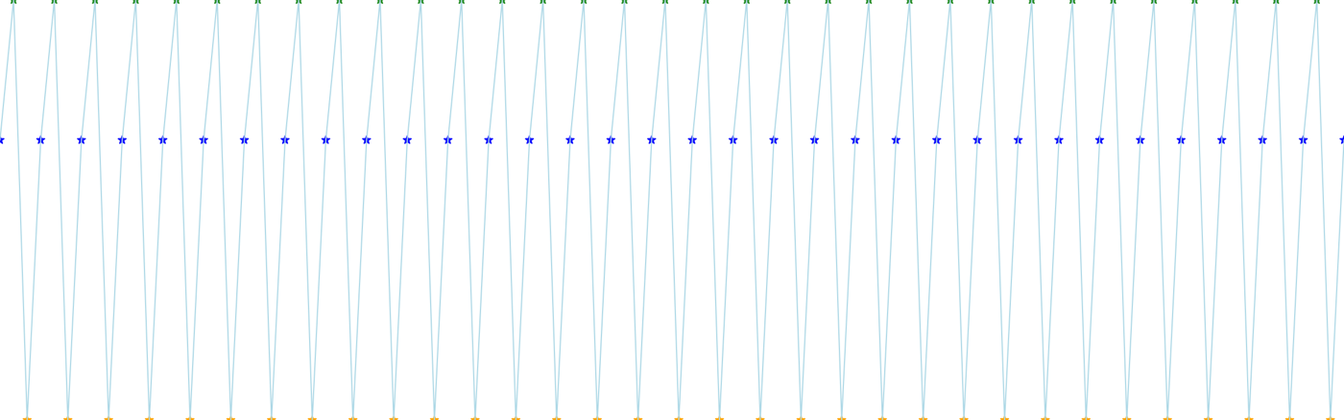
Repository: Carty-Bao/BNPHMM
Script's output: python code/synth.py
The author's editor kept a copy of each file at every save. The script's output is drawn from the files as they stood at one save, then again after the next save.
The pictures are shown at 96% of full size.
Each picture stacks the figures in order, with grey between them; figures that are only written to a file come last. Figures wider than 1,400 px are first shrunk to that width. Random numbers start from a fixed seed.

Above is the script's output before, as saved 2022-08-18 11:09:53.

After the next save:
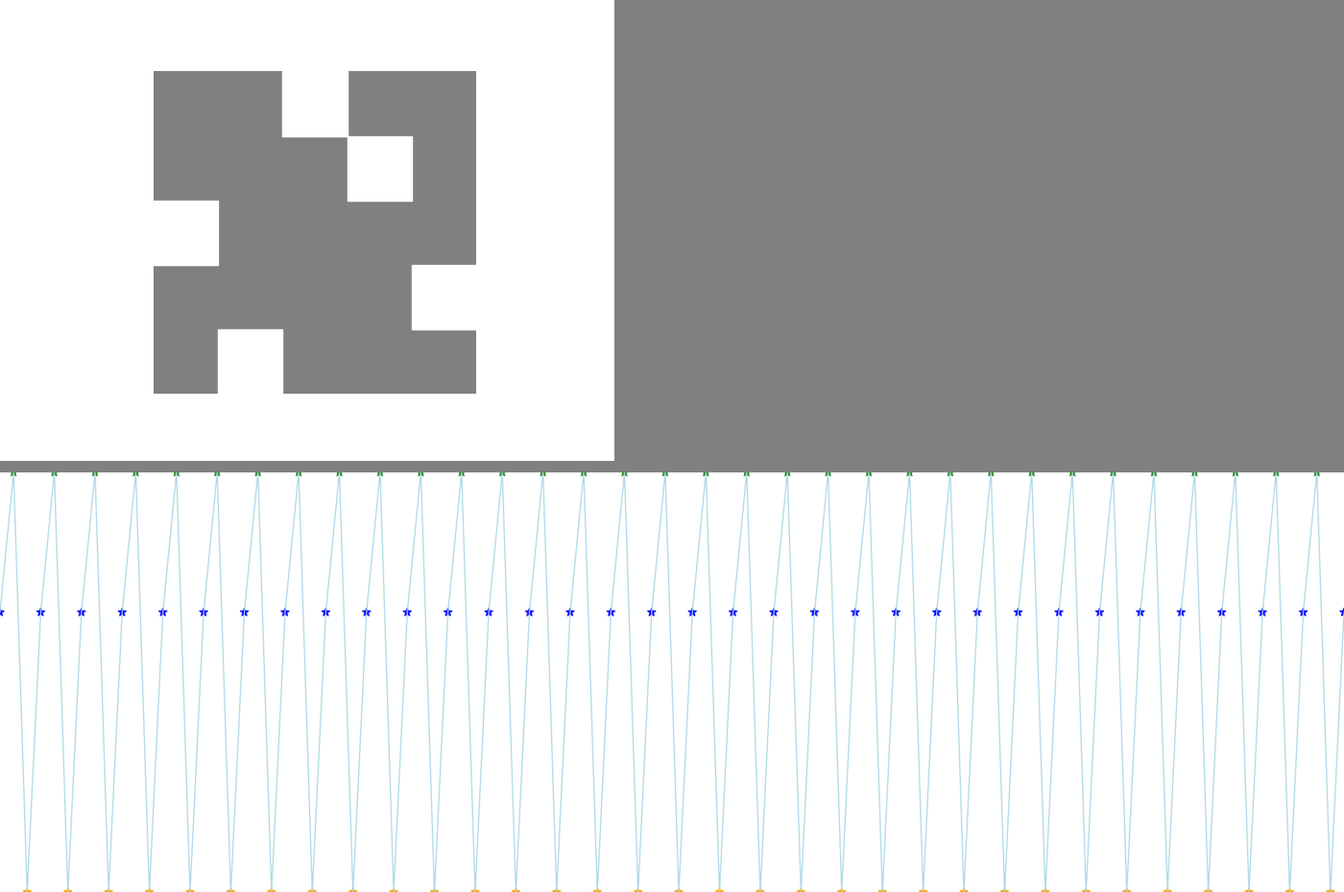
Saved 33 s later.
--- a/code/synth.py
+++ b/code/synth.py
@@ -98,6 +98,7 @@ def Non_ideal_HMM(N, K, XDim=1, mu_sd_factor=0, L=10, spur_ratio=0, miss_ratio=0
     beta = 0.1 #intial dist params.
     pik = np.random.dirichlet(beta*np.ones(K)) #distribution over initial state p(l_0)
     A = alpha / np.reshape(alpha.sum(axis=1),(K,1))#把alpha归一化
+    hinton(A)
     # mu = np.array([np.random.multivariate_normal(np.zeros(XDim),20*np.eye(XDim)) for _ in range(K)]) #每个类别的均值
     if mu == None:
         mu = np.array([[100+10*i] for i in range(K)])
